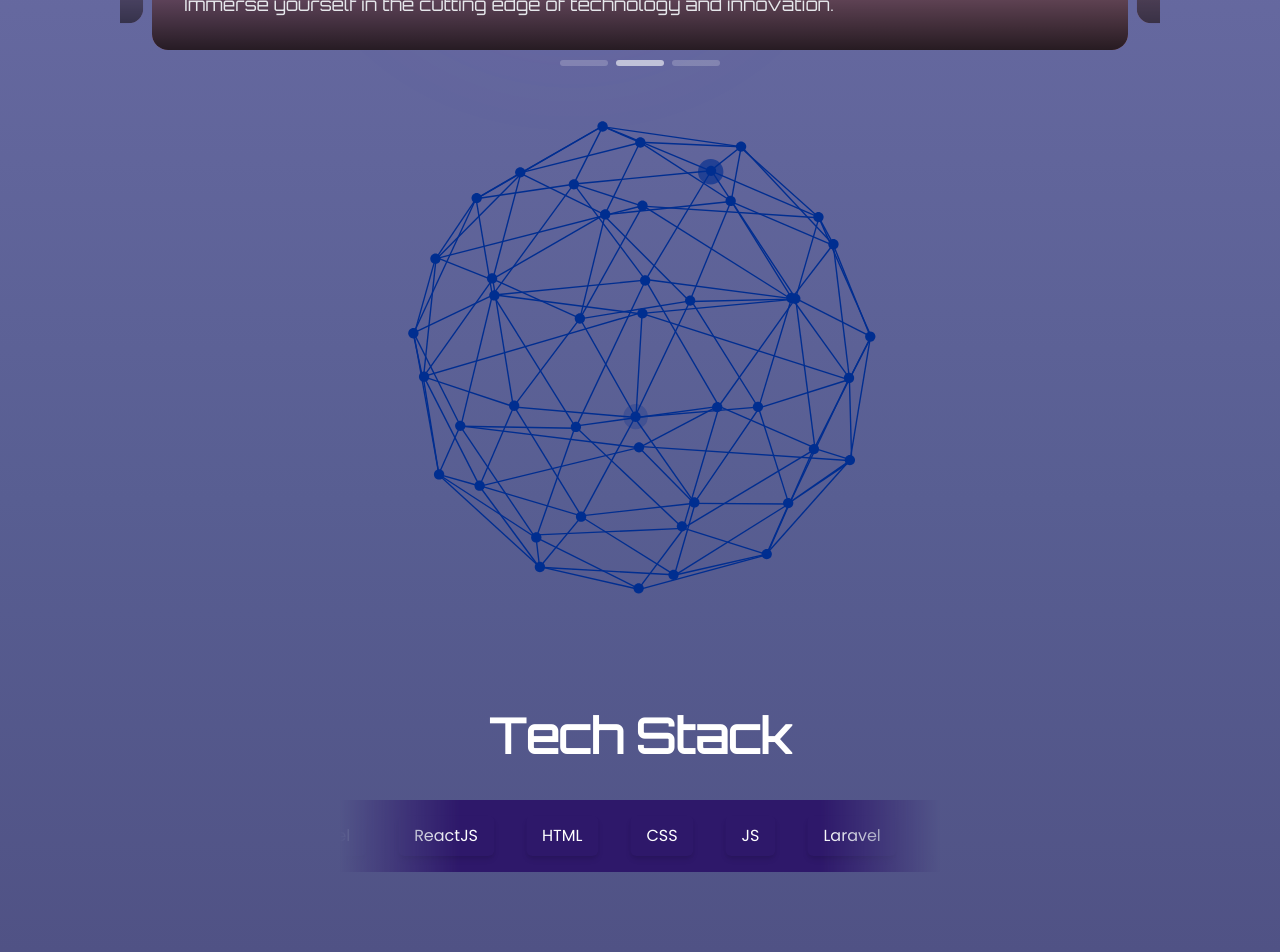
Repository: scorpios26/armel-web-dev
Page: /
These files come from the project's save history. The page is drawn as it stood at one moment and after the next save; the edit follows.
The browser window is 1280 px wide. The pictures show the part of the page from y = 2826 to 3778 px (the page is 3778 px tall).
Pictures or frames that could not be fetched are drawn as grey boxes. The project was rebuilt for these pictures with package versions that can differ from the ones it lists, and the page was loaded fresh each time. Also part of the build but not shown: vite.config.js, src/App.css.

Above is the page before, as saved 2025-11-26 22:00:19.

After the next save:
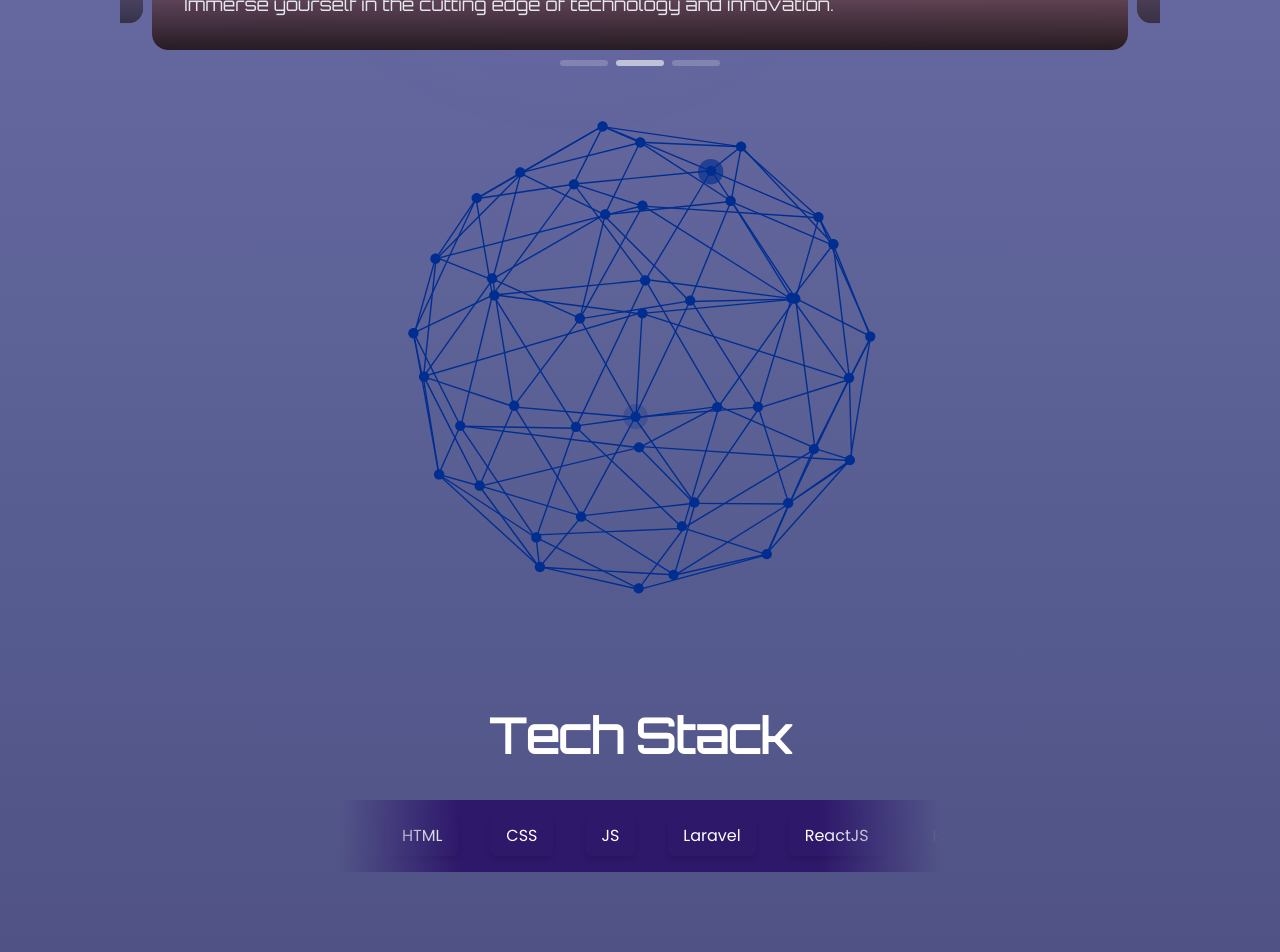
Saved 47 s later.
--- a/src/assets/components/TechCarousel.jsx
+++ b/src/assets/components/TechCarousel.jsx
@@ -25,11 +25,20 @@ export default function TechCarousel() {
     <section id="stack" className="py-20 S text-white flex flex-col items-center">
       <h2 className="text-4xl lg:text-5xl font-bold text-center mb-10 font-orbitron">Tech Stack</h2>
       <div ref={scrollerRef} className="scroller overflow-hidden w-full flex justify-center">
-        <ul className="scroller__inner flex w-max space-x-4 bg-[#2E186A]">
+        <ul className="scroller__inner flex w-max animate-infinite-scroll space-x-4 bg-[#2E186A]">
   {["HTML", "CSS", "JS", "Laravel", "ReactJS"].map((tech) => (
     <li
       key={`first-${tech}`}
       className="px-4 py-2 bg-primary-400 rounded-md shadow-md transition-transform duration-300 hover:scale-110"
+    >
+      {tech}
+    </li>
+  ))}
+  {["HTML", "CSS", "JS", "Laravel", "ReactJS"].map((tech) => (
+    <li
+      key={`second-${tech}`}
+      className="px-4 py-2 bg-primary-400 rounded-md shadow-md transition-transform duration-300 hover:scale-110"
+      aria-hidden="true"
     >
       {tech}
     </li>
